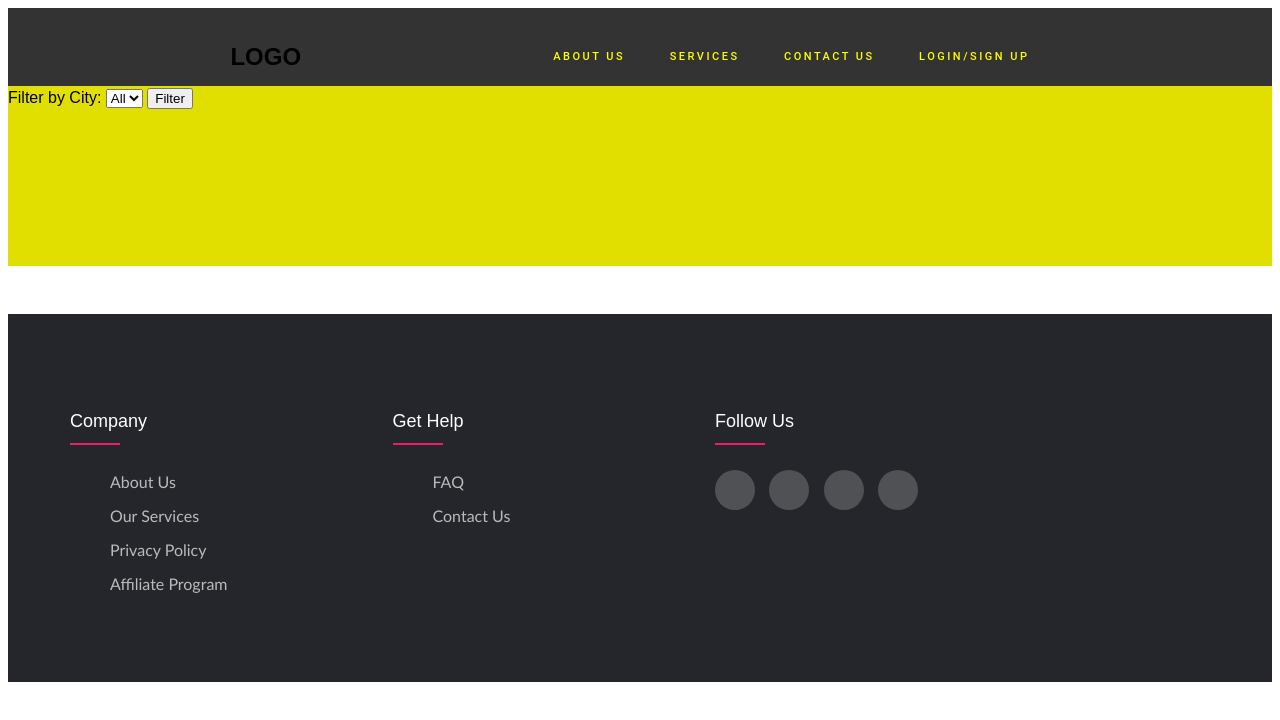
Repository: RishuGudigar/pawtakers
Page: templates/home.html
An editor plug-in stored every save of this project. The page is shown before and after the next save, followed by the edit.
The browser window is 1280 px wide. The pictures show the whole page.
The page is served by the project's application, run on Django 4.2 (manage.py). Other server files are loaded and not shown. The template is opened directly, without the code that normally fills it, so the values that code supplies are empty.

Above is the page before, as saved 2023-05-22 08:11:14.

### pawtakers/templates/home.html
{% comment %} {% extends 'base.html' %} {% endcomment %}

{% block content %}
{% load static %}

<style>
    .container {
        display: flex;
        flex-wrap: wrap;
        gap: 20px;
    }

    .profile {
        display: flex;
        align-items: center;
        gap: 20px;
        margin-bottom: 20px;
    }

    .image-container {
        flex: 0 0 200px;
    }

    .image {
        width: 100%;
        height: auto;
        object-fit: cover;
    }

    .profile-details {
        flex-grow: 1;
    }

    .name {
        font-weight: bold;
    }

    .address {
        margin-top: 5px;
    }

    .description {
        margin-top: 10px;
    }

    .call-button {
        margin-top: 10px;
    }

    .container:hover {
        box-shadow: 0 0 10px rgba(0, 0, 0, 0.3); /* Add box shadow effect on hover */
        background-image: url('{% static "r_bg.jpg" %}');
        /* Add background image on hover */
        background-repeat: repeat; /* Set the background image to repeat */
        background-size: auto; /* Reset the background image size */
        background-position: fixed; /* Reset the background image position */
    }

    @import url('https://fonts.googleapis.com/css2?family=Poppins:wght@300;400;500;600;700&display=swap');

    body {
        line-height: 1.5;
        font-family: 'Poppins', sans-serif;
    }

    .container {
        max-width: 1170px;
        margin: auto;
    }

    .row {
        display: flex;
        flex-wrap: wrap;
    }

    ul {
        list-style: none;
    }

    .nav-bar{
        width: 100%;
    }


    .navbar{
        display: flex;
        align-items: center;
        justify-content: space-around;
        padding-top:20px;
        padding-left: 10%;
        padding-right:10%;
        background-color: rgba(0,0,0,0.8);
        height: 8vh;


    }

    .navbar ul li{
        list-style-type: none;
        display: inline-block;
        padding: 10px 20px;
    }

    .navbar ul li a{
        text-decoration: none;
        font-weight: 500;
        color:yellow;
        font-family: 'Roboto', sans-serif;
        font-size: 11px;
        text-transform: uppercase;
        letter-spacing: 2.5px;

    }

    .navbar ul li a:hover{
        color: white;
        transition: .4s;
        font-size: medium;
        font-weight: 500;
    }
    .container_view{
        max-width: 1170px;
        margin:auto;
    }
    .row{
        display: flex;
        flex-wrap: wrap;
    }
    ul{
        list-style: none;
    }
    .footer{
        background-color: #24262b;
        padding: 70px 0;
    }
    .footer-col{
        width: 25%;
        padding: 0 15px;
    }
    .footer-col h4{
        font-size: 18px;
        color: #ffffff;
        text-transform: capitalize;
        margin-bottom: 35px;
        font-weight: 500;
        position: relative;
    }
    .footer-col h4::before{
        content: '';
        position: absolute;
        left:0;
        bottom: -10px;
        background-color: #e91e63;
        height: 2px;
        box-sizing: border-box;
        width: 50px;
    }
    .footer-col ul li:not(:last-child){
        margin-bottom: 10px;
    }
    .footer-col ul li a{
        font-size: 16px;
        text-transform: capitalize;
        color: #ffffff;
        text-decoration: none;
        font-weight: 300;
        color: #bbbbbb;
        display: block;
        transition: all 0.3s ease;
        font-family: 'Gill Sans', 'Gill Sans MT', Calibri, 'Trebuchet MS', sans-serif;
    }
    .footer-col ul li a:hover{
        color: #ffffff;
        padding-left: 8px;
    }
    .footer-col .social-links a{
        display: inline-block;
        height: 40px;
        width: 40px;
        background-color: rgba(255,255,255,0.2);
        margin:0 10px 10px 0;
        text-align: center;
        line-height: 40px;
        border-radius: 50%;
        color: #ffffff;
        transition: all 0.5s ease;
    }
    .footer-col .social-links a:hover{
        color: #24262b;
        background-color: #ffffff;
        align-item:center;
        margin:auto;
    }

    .form_city{
        width:100%;
        height:25vh;
        background:rgb(225, 223, 0);
    }


</style>
<div class="nav-bar">
    <nav class="navbar">
        <div>
        <a class="logo"><H1>LOGO</H1></a>
        </div>

        <div>
            <ul class="navbar-nav">
                <li class="nav-item"><a class="nav-link" href="#">About Us</a></li>
                <li class="nav-item"><a class="nav-link" href="#">Services</a></li>
                <li class="nav-item"><a class="nav-link" href="#">Contact Us</a></li>
                <li class="nav-item"><a class="nav-link" href="#">Login/Sign up</a></li>
        </ul>
        </div>
    </nav>
</div>
<div class=form_city>
<form method="GET" action="" class="city_form">
    <label for="city">Filter by City:</label>
    <select id="city" name="city">
        <option value="">All</option>
        {% for city in cities %}
            <option value="{{ city }}" {% if selected_city == city %}selected{% endif %}>{{ city }}</option>
        {% endfor %}
    </select>
    <button type="submit">Filter</button>
</form>
</div>
<br>
<br>
    {% for profile in profiles %}
    <div class="container">
    <div class="profile">
        <div class="image-container">
            <img src="{{ profile.image.url }}" alt="Person Image" class="image">
        </div>
        <div class="profile-details">
            <div class="name">{{ profile.name }}</div>
            <div class="address">{{ profile.city }},{{ profile.state }}</div>
            <div class="description">
                <p>Service Description:</p>
                <p>{{ profile.description }}</p>
            </div>
            <button class="call-button" onclick="callPerson('+91 8848699797')">
                <i class="fas fa-phone"></i>Call
            </button>
            <button class="call-button">
            <a href="{% url 'caretaker:profile' profile.pk %}" class="stretched-link">View More </a>
            </button>
        </div>
    </div>
</div>
<br>
<br>
    {% endfor %}



    <footer class="footer">
        <div class="container_view">
            <div class="row">
                <div class="footer-col">
                    <h4>company</h4>
                    <ul>
                        <li><a href="#">about us</a></li>
                        <li><a href="#">our services</a></li>
                        <li><a href="#">privacy policy</a></li>
                        <li><a href="#">affiliate program</a></li>
                    </ul>
                </div>
                <div class="footer-col">
                    <h4>get help</h4>
                    <ul>
                        <li><a href="#">FAQ</a></li>
                        <li><a href="#">Contact Us</a></li>
                    </ul>
                </div>

                <div class="footer-col">
                    <h4>follow us</h4>
                    <div class="social-links">
                        <a href="#"><i class="fab fa-facebook-f"></i></a>
                        <a href="#"><i class="fab fa-twitter"></i></a>
                        <a href="#"><i class="fab fa-instagram"></i></a>
                        <a href="#"><i class="fab fa-linkedin-in"></i></a>
                    </div>
                </div>
            </div>
        </div>
    </footer>

{% endblock %}

### pawtakers/pawtakers/urls.py
"""
URL configuration for pawtakers project.

The `urlpatterns` list routes URLs to views. For more information please see:
    https://docs.djangoproject.com/en/4.2/topics/http/urls/
Examples:
Function views
    1. Add an import:  from my_app import views
    2. Add a URL to urlpatterns:  path('', views.home, name='home')
Class-based views
    1. Add an import:  from other_app.views import Home
    2. Add a URL to urlpatterns:  path('', Home.as_view(), name='home')
Including another URLconf
    1. Import the include() function: from django.urls import include, path
    2. Add a URL to urlpatterns:  path('blog/', include('blog.urls'))
"""
from django.contrib import admin
from django.urls import include,path
from django.conf.urls import include
from caretaker.views import ProfileView

urlpatterns = [
    path("", include("caretaker.urls")),
    path('admin/', admin.site.urls),
    path('accounts/', include('allauth.urls')),


]

### pawtakers/caretaker/urls.py
from django.urls import path
from . import views
from .views import display,ProfileView,Data
from django.conf import settings
from django.conf.urls.static import static

app_name = 'caretaker'

urlpatterns = [

    path('display', views.display, name='display'),
    path('', views.index , name="index"),
    path('profile/<int:pk>',ProfileView.as_view(),name='profile'),
    path('forms/',Data.as_view(),name="Data")

]

if settings.DEBUG:
    urlpatterns+= static(settings.MEDIA_URL, document_root=settings.MEDIA_ROOT)

After the next save:
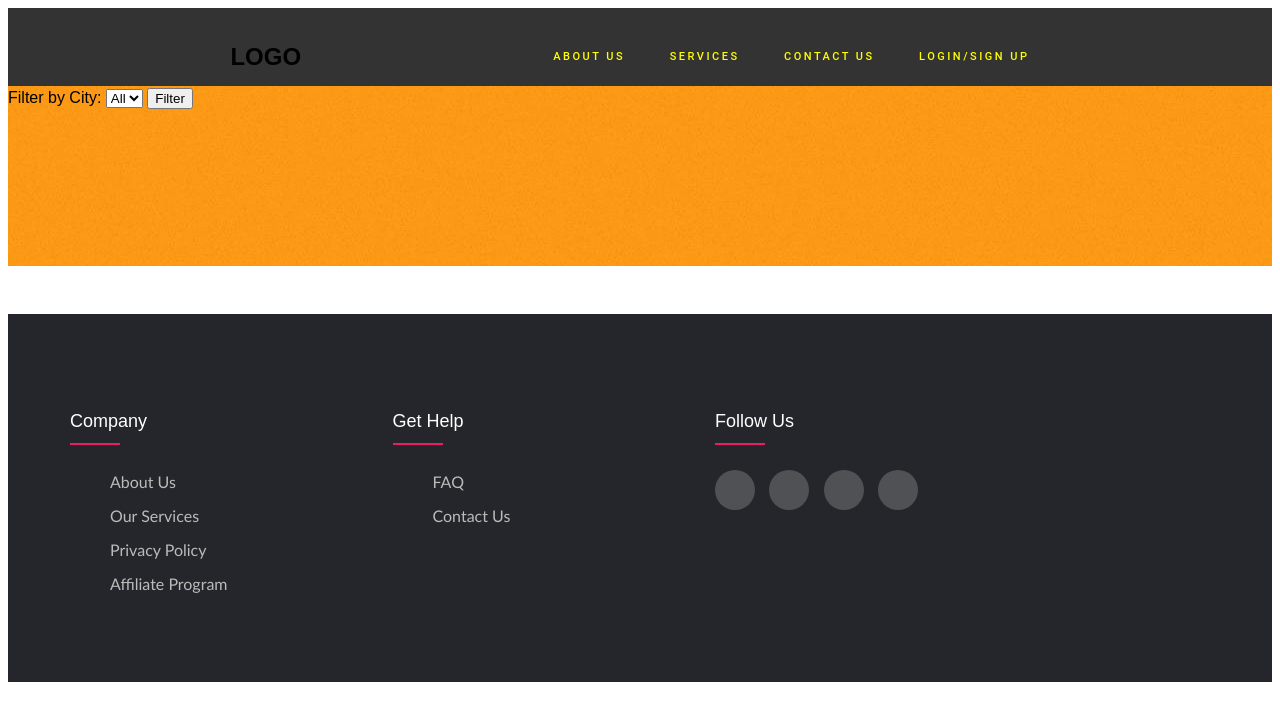
Saved 5 min 2 s later.
--- a/pawtakers/templates/home.html
+++ b/pawtakers/templates/home.html
@@ -195,7 +195,7 @@
     .form_city{
         width:100%;
         height:25vh;
-        background:rgb(225, 223, 0);
+        background-image: url('{% static "filter_background.jpg" %}');
     }
 
 
